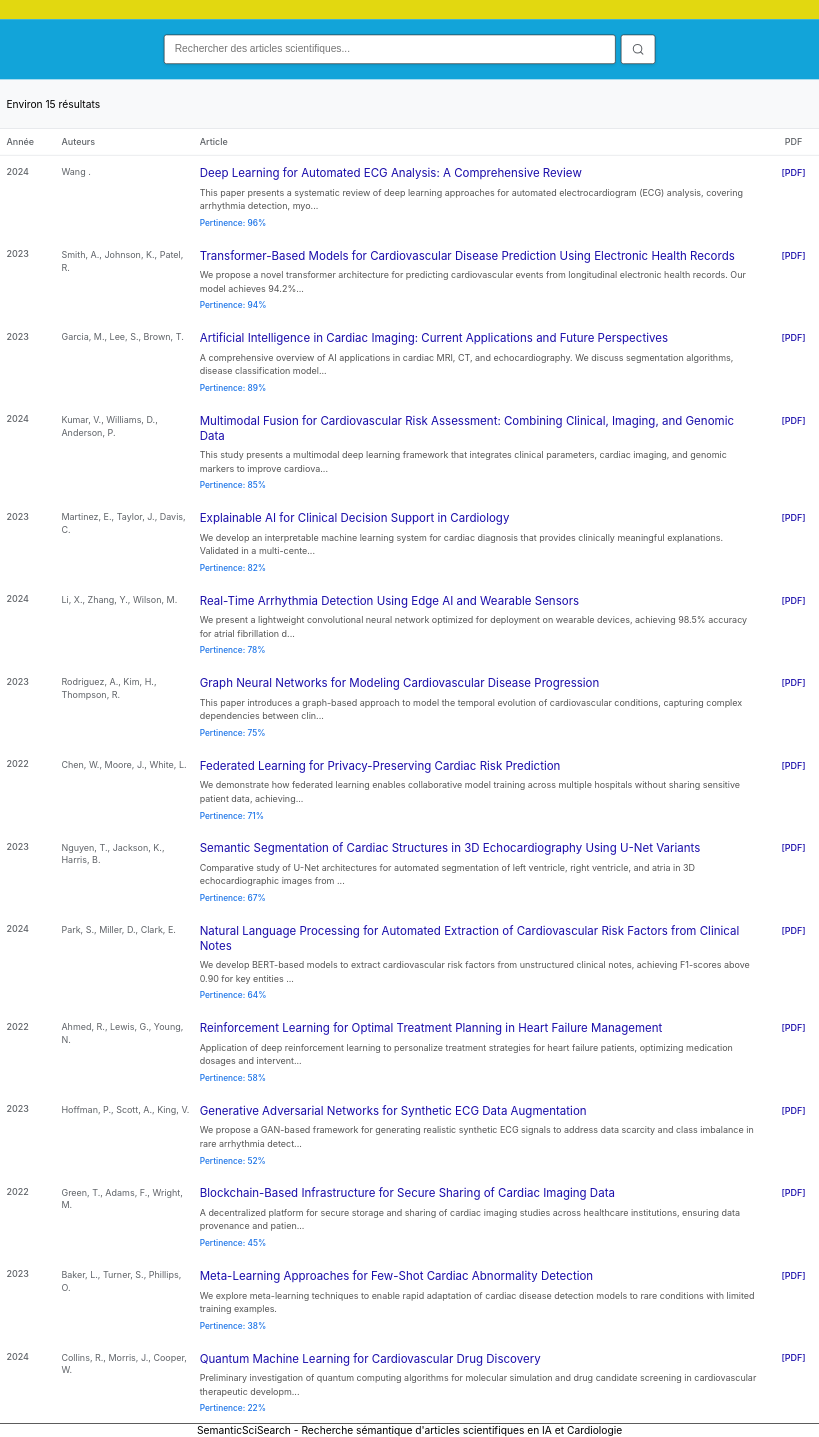
Repository: elh33/SemanticSciSearch
Page: / (app in frontend/)
An editor plug-in stored every save of this project. The page is shown before and after the next save, followed by the edit.
The browser window is 1280 px wide. The pictures show the whole page, at 64% of full size.
The project was rebuilt for these pictures with package versions that can differ from the ones it lists, and the page was loaded fresh each time.

Above is the page before, as saved 2025-11-22 00:59:04.

### frontend/index.html
<!DOCTYPE html>
<html lang="en">
  <head>
    <meta charset="UTF-8" />
    <meta name="viewport" content="width=device-width, initial-scale=1.0" />
    <title>SemanticSciSearch</title>
  </head>
  <body>
    <div id="root"></div>
    <script type="module" src="/src/index.tsx"></script>
  </body>
</html>

### frontend/src/index.tsx
import React from 'react';
import ReactDOM from 'react-dom';
import App from './App';
import './index.css';

ReactDOM.render(
  <React.StrictMode>
    <App />
  </React.StrictMode>,
  document.getElementById('root')
);

### frontend/src/App.tsx
import React from 'react';
// Importe le composant de recherche principal
import SearchResults from './components/SearchResults';

// Le composant App.tsx est le conteneur principal de l'application.
function App() {
  return (
    // Utilisation d'un fragment React (<>...</>) ou d'un <div> si tu as des styles globaux
    <>
      {/* Le composant SearchResults contient maintenant :
        - Le titre et le sous-titre de l'application.
        - La barre de recherche.
        - L'orchestration de la logique (appels à api.ts).
        - L'affichage de la liste des ArticleCard.
      */}
      <SearchResults />
    </>
  );
}

export default App;

### frontend/src/components/SearchResults.tsx
import React, { useState, useEffect } from 'react';
import { Article } from '../types';
import { searchArticles } from '../services/api';
import ArticleCard from './ArticleCard';

const SearchResults: React.FC = () => {
  const [query, setQuery] = useState('');
  const [searchedQuery, setSearchedQuery] = useState('');
  const [results, setResults] = useState<Article[]>([]);
  const [isLoading, setIsLoading] = useState(false);
  const [hasSearched, setHasSearched] = useState(false);

  const handleSearch = async (searchQuery: string = query) => {
    setIsLoading(true);
    setHasSearched(true);
    setSearchedQuery(searchQuery);

    try {
      const data = await searchArticles(searchQuery);
      const sortedData = [...data].sort((a, b) => b.score - a.score);
      setResults(sortedData);
    } catch (error) {
      console.error("Erreur lors de la recherche:", error);
      setResults([]);
    } finally {
      setIsLoading(false);
    }
  };

  useEffect(() => {
    handleSearch('');
  }, []);

  const handleSubmit = (e: React.FormEvent) => {
    e.preventDefault();
    handleSearch();
  };

  return (
    <div className="min-h-screen bg-white">
      {/* BARRE JAUNE EN HAUT */}
      <div style={{ backgroundColor: '#e2d810', height: '30px' }} className="w-full"></div>

      {/* En-tête avec fond bleu - CENTRAGE SIMPLE */}
      <div style={{ backgroundColor: '#12a4d9' }} className="w-full sticky top-0 z-10 shadow-lg">
        <div style={{ display: 'flex', justifyContent: 'center', alignItems: 'center', padding: '24px 16px' }}>
          <form onSubmit={handleSubmit} style={{ display: 'flex', gap: '8px', width: '100%', maxWidth: '768px' }}>
            <input
              type="text"
              value={query}
              onChange={(e) => setQuery(e.target.value)}
              placeholder="Rechercher des articles scientifiques..."
              style={{
                flex: 1,
                padding: '12px 16px',
                fontSize: '16px',
                backgroundColor: 'white',
                borderRadius: '4px',
                boxShadow: '0 2px 5px rgba(0,0,0,0.1)',
                border: '1px solid #322e2f',
                outline: 'none'
              }}
            />

            <button
              type="submit"
              style={{
                padding: '12px 16px',
                backgroundColor: 'white',
                border: '1px solid #322e2f',
                borderRadius: '4px',
                cursor: 'pointer',
                boxShadow: '0 2px 5px rgba(0,0,0,0.1)',
                display: 'flex',
                alignItems: 'center',
                justifyContent: 'center'
              }}
              onMouseEnter={(e) => e.currentTarget.style.backgroundColor = '#f8f9fa'}
              onMouseLeave={(e) => e.currentTarget.style.backgroundColor = 'white'}
            >
              <svg
                width="20"
                height="20"
                viewBox="0 0 24 24"
                fill="none"
                stroke="#5f6368"
                strokeWidth="2"
                strokeLinecap="round"
                strokeLinejoin="round"
              >
                <circle cx="11" cy="11" r="8"></circle>
                <path d="m21 21-4.35-4.35"></path>
              </svg>
            </button>
          </form>
        </div>
      </div>

      {/* BARRE DE SÉPARATION avec nombre de résultats */}
      {hasSearched && !isLoading && (
        <div style={{
          borderBottom: '1px solid #dfe1e5',
          backgroundColor: '#f8f9fa',
          padding: '12px 0'
        }}>
          <div className="max-w-5xl mx-auto px-4" style={{ paddingLeft: '10px' }}>
            <p className="text-sm text-gray-600">
              Environ {results.length} résultat{results.length > 1 ? 's' : ''}
              {searchedQuery && ` pour "${searchedQuery}"`}
            </p>
          </div>
        </div>
      )}

      {/* Contenu principal */}
      <div className="max-w-5xl mx-auto px-4 py-6">
        {isLoading && (
          <div className="flex items-center justify-center py-12">
            <div className="flex flex-col items-center gap-3">
              <div className="animate-spin rounded-full h-8 w-8 border-b-2 border-blue-600"></div>
              <p className="text-gray-600">Recherche en cours...</p>
            </div>
          </div>
        )}

        {!isLoading && (
          <div className="bg-white">
            {results.length > 0 ? (
              <div>
                {/* En-tête du tableau */}
                <div style={{
                  display: 'grid',
                  gridTemplateColumns: '80px 200px 1fr 80px',
                  gap: '16px',
                  padding: '12px 0',
                  borderBottom: '1px solid #dfe1e5',
                  fontWeight: '500',
                  fontSize: '14px',
                  color: '#5f6368'
                }}>
                  <div style={{ paddingLeft: '10px' }}>Année</div>                  <div>Auteurs</div>
                  <div>Article</div>
                  <div style={{ textAlign: 'center' }}>PDF</div>
                </div>

                {/* Articles */}
                {results.map((article) => (
                  <ArticleCard key={article.id} article={article} />
                ))}
              </div>
            ) : (
              hasSearched && (
                <div className="text-center py-12">
                  <p className="text-gray-600 text-lg">
                    Aucun résultat trouvé{searchedQuery && ` pour "${searchedQuery}"`}
                  </p>
                  <p className="text-gray-500 text-sm mt-2">
                    Essayez avec d'autres mots-clés
                  </p>
                </div>
              )
            )}
          </div>
        )}
      </div>

      {/* Footer */}
      <footer className="mt-12 border-t border-gray-200 bg-gray-50">
        <div className="max-w-5xl mx-auto px-4 py-6 text-center text-sm text-gray-500">
          SemanticSciSearch - Recherche sémantique d'articles scientifiques en IA et Cardiologie
        </div>
      </footer>
    </div>
  );
};

export default SearchResults;

### frontend/src/services/api.ts
import { Article } from '../types';
import { MOCK_RESULTS } from '../data/mockData';
import axios from 'axios';

// 💡 INTERRUPTEUR : Passez à 'false' (ou commentez/supprimez) cette ligne
// UNIQUEMENT lorsque le Back-End FastAPI est prêt.
const USE_MOCK_DATA = true;

// URL de base lue depuis le .env pour le mode production
// Le .env doit contenir VITE_API_URL=http://localhost:8000
const API_BASE_URL = 'http://localhost:8000';

/**
 * Fonction principale de recherche d'articles.
 * Elle utilise soit les données mockées, soit l'API réelle.
 * @param query Le texte de la requête de l'utilisateur.
 * @returns Une promesse qui résout vers un tableau d'articles.
 */
export const searchArticles = async (query: string): Promise<Article[]> => {
  if (USE_MOCK_DATA) {
    // --- MODE MOCKÉ ---
    console.log(`[MOCK] Simulation de recherche pour: "${query}"`);

    // 1. Simuler le délai réseau (500ms) pour une meilleure expérience utilisateur
    await new Promise(resolve => setTimeout(resolve, 500));

    // 2. Simuler un filtre simple (recherche du mot-clé dans le titre)
    // S'il n'y a pas de requête (query vide), on renvoie tout.
    const lowerCaseQuery = query.toLowerCase();

    return MOCK_RESULTS.filter(article =>
        article.title.toLowerCase().includes(lowerCaseQuery) || lowerCaseQuery.length === 0
    );

  } else {
    // --- MODE PRODUCTION (Axios) ---
    console.log(`[AXIOS] Requête réelle vers: ${API_BASE_URL}/search pour: "${query}"`);

    try {
      // 1. Envoi de la requête POST à FastAPI
      const response = await axios.post(`${API_BASE_URL}/search`, { query });

      // 2. Retourne les données (TypeScript vérifie que c'est un tableau d'Articles)
      return response.data as Article[];

    } catch (error) {
      console.error("Erreur lors de l'appel à l'API de recherche:", error);
      // En cas d'échec de l'API, on renvoie un tableau vide
      return [];
    }
  }
};

### frontend/src/components/ArticleCard.tsx
import React from 'react';
import { Article } from '../types';

interface ArticleCardProps {
  article: Article;
}

const ArticleCard: React.FC<ArticleCardProps> = ({ article }) => {
  const scorePercent = (article.score * 100).toFixed(0);

  // Tronquer l'abstract aux 2 premières lignes (environ 150 caractères)
  const truncatedAbstract = article.abstract.length > 150
    ? article.abstract.substring(0, 150) + '...'
    : article.abstract;

  return (
    <div style={{
      display: 'grid',
      gridTemplateColumns: '80px 200px 1fr 80px',
      gap: '16px',
      padding: '16px 0',
      alignItems: 'start'
    }}>
      {/* Colonne 1: Année - avec padding-left */}
      <div style={{
        fontSize: '14px',
        color: '#5f6368',
        fontWeight: '500',
        paddingLeft: '10px'
      }}>
        {article.year}
      </div>

      {/* Colonne 2: Auteurs */}
      <div style={{
        fontSize: '14px',
        color: '#5f6368',
        lineHeight: '1.4'
      }}>
        {article.authors}
      </div>

      {/* Colonne 3: Article (Titre + Abstract + Pertinence) */}
      <div>
        {/* Titre cliquable en bleu */}
        <h3 style={{ margin: '0 0 8px 0' }}>
          <a
            href={article.url}
            target="_blank"
            rel="noopener noreferrer"
            style={{
              color: '#1a0dab',
              fontSize: '18px',
              textDecoration: 'none',
              fontWeight: '400'
            }}
            onMouseEnter={(e) => e.currentTarget.style.textDecoration = 'underline'}
            onMouseLeave={(e) => e.currentTarget.style.textDecoration = 'none'}
          >
            {article.title}
          </a>
        </h3>

        {/* Abstract tronqué */}
        <p style={{
          margin: '0 0 8px 0',
          fontSize: '14px',
          color: '#545454',
          lineHeight: '1.5'
        }}>
          {truncatedAbstract}
        </p>

        {/* Pertinence en bleu */}
        <div style={{
          fontSize: '13px',
          color: '#1a73e8',
          fontWeight: '500'
        }}>
          Pertinence: {scorePercent}%
        </div>
      </div>

      {/* Colonne 4: Lien PDF */}
      <div style={{ textAlign: 'center' }}>
        <a
          href={article.url}
          target="_blank"
          rel="noopener noreferrer"
          style={{
            color: '#1a0dab',
            fontSize: '14px',
            textDecoration: 'none',
            fontWeight: '500'
          }}
          onMouseEnter={(e) => e.currentTarget.style.textDecoration = 'underline'}
          onMouseLeave={(e) => e.currentTarget.style.textDecoration = 'none'}
        >
          [PDF]
        </a>
      </div>
    </div>
  );
};

export default ArticleCard;

### frontend/src/data/mockData.ts
import { Article } from '../types';

export const MOCK_RESULTS: Article[] = [
  {
    id: '1',
    title: 'Deep Learning for Automated ECG Analysis: A Comprehensive Review',
    abstract: "This paper presents a systematic review of deep learning approaches for automated electrocardiogram (ECG) analysis, covering arrhythmia detection, myocardial infarction diagnosis, and heart rate variability assessment. We analyze over 150 studies published between 2015 and 2024.",
    authors: "Wang .",
    year: 2024,
    score: 0.96,
    url: 'https://arxiv.org/pdf/2301.04634'
  },
  {
    id: '2',
    title: 'Transformer-Based Models for Cardiovascular Disease Prediction Using Electronic Health Records',
    abstract: "We propose a novel transformer architecture for predicting cardiovascular events from longitudinal electronic health records. Our model achieves 94.2% AUC on a dataset of 500,000 patients.",
    authors: "Smith, A., Johnson, K., Patel, R.",
    year: 2023,
    score: 0.94,
    url: 'https://arxiv.org/pdf/2305.12987'
  },
  {
    id: '3',
    title: 'Artificial Intelligence in Cardiac Imaging: Current Applications and Future Perspectives',
    abstract: "A comprehensive overview of AI applications in cardiac MRI, CT, and echocardiography. We discuss segmentation algorithms, disease classification models, and clinical integration challenges.",
    authors: "Garcia, M., Lee, S., Brown, T.",
    year: 2023,
    score: 0.89,
    url: 'https://arxiv.org/pdf/2203.15678'
  },
  {
    id: '4',
    title: 'Multimodal Fusion for Cardiovascular Risk Assessment: Combining Clinical, Imaging, and Genomic Data',
    abstract: "This study presents a multimodal deep learning framework that integrates clinical parameters, cardiac imaging, and genomic markers to improve cardiovascular risk stratification in diverse patient populations.",
    authors: "Kumar, V., Williams, D., Anderson, P.",
    year: 2024,
    score: 0.85,
    url: '/documents/multimodal-cardio-risk.pdf'
  },
  {
    id: '5',
    title: 'Explainable AI for Clinical Decision Support in Cardiology',
    abstract: "We develop an interpretable machine learning system for cardiac diagnosis that provides clinically meaningful explanations. Validated in a multi-center trial with 12 hospitals.",
    authors: "Martinez, E., Taylor, J., Davis, C.",
    year: 2023,
    score: 0.82,
    url: 'https://arxiv.org/pdf/2511.13703.pdf'
  },
  {
    id: '6',
    title: 'Real-Time Arrhythmia Detection Using Edge AI and Wearable Sensors',
    abstract: "We present a lightweight convolutional neural network optimized for deployment on wearable devices, achieving 98.5% accuracy for atrial fibrillation detection with <100ms latency.",
    authors: "Li, X., Zhang, Y., Wilson, M.",
    year: 2024,
    score: 0.78,
    url: '/documents/edge-ai-arrhythmia.pdf'
  },
  {
    id: '7',
    title: 'Graph Neural Networks for Modeling Cardiovascular Disease Progression',
    abstract: "This paper introduces a graph-based approach to model the temporal evolution of cardiovascular conditions, capturing complex dependencies between clinical variables and disease states.",
    authors: "Rodriguez, A., Kim, H., Thompson, R.",
    year: 2023,
    score: 0.75,
    url: 'https://arxiv.org/pdf/2204.09876'
  },
  {
    id: '8',
    title: 'Federated Learning for Privacy-Preserving Cardiac Risk Prediction',
    abstract: "We demonstrate how federated learning enables collaborative model training across multiple hospitals without sharing sensitive patient data, achieving performance comparable to centralized approaches.",
    authors: "Chen, W., Moore, J., White, L.",
    year: 2022,
    score: 0.71,
    url: '/documents/federated-cardiac.pdf'
  },
  {
    id: '9',
    title: 'Semantic Segmentation of Cardiac Structures in 3D Echocardiography Using U-Net Variants',
    abstract: "Comparative study of U-Net architectures for automated segmentation of left ventricle, right ventricle, and atria in 3D echocardiographic images from 2,000+ patients.",
    authors: "Nguyen, T., Jackson, K., Harris, B.",
    year: 2023,
    score: 0.67,
    url: '/documents/3d-echo-segmentation.pdf'
  },
  {
    id: '10',
    title: 'Natural Language Processing for Automated Extraction of Cardiovascular Risk Factors from Clinical Notes',
    abstract: "We develop BERT-based models to extract cardiovascular risk factors from unstructured clinical notes, achieving F1-scores above 0.90 for key entities like hypertension, diabetes, and smoking status.",
    authors: "Park, S., Miller, D., Clark, E.",
    year: 2024,
    score: 0.64,
    url: 'https://arxiv.org/pdf/2302.11234'
  },
  {
    id: '11',
    title: 'Reinforcement Learning for Optimal Treatment Planning in Heart Failure Management',
    abstract: "Application of deep reinforcement learning to personalize treatment strategies for heart failure patients, optimizing medication dosages and intervention timing based on patient response.",
    authors: "Ahmed, R., Lewis, G., Young, N.",
    year: 2022,
    score: 0.58,
    url: '/documents/rl-heart-failure.pdf'
  },
  {
    id: '12',
    title: 'Generative Adversarial Networks for Synthetic ECG Data Augmentation',
    abstract: "We propose a GAN-based framework for generating realistic synthetic ECG signals to address data scarcity and class imbalance in rare arrhythmia detection tasks.",
    authors: "Hoffman, P., Scott, A., King, V.",
    year: 2023,
    score: 0.52,
    url: '/documents/gan-ecg-augmentation.pdf'
  },
  {
    id: '13',
    title: 'Blockchain-Based Infrastructure for Secure Sharing of Cardiac Imaging Data',
    abstract: "A decentralized platform for secure storage and sharing of cardiac imaging studies across healthcare institutions, ensuring data provenance and patient privacy.",
    authors: "Green, T., Adams, F., Wright, M.",
    year: 2022,
    score: 0.45,
    url: '/documents/blockchain-cardiac-imaging.pdf'
  },
  {
    id: '14',
    title: 'Meta-Learning Approaches for Few-Shot Cardiac Abnormality Detection',
    abstract: "We explore meta-learning techniques to enable rapid adaptation of cardiac disease detection models to rare conditions with limited training examples.",
    authors: "Baker, L., Turner, S., Phillips, O.",
    year: 2023,
    score: 0.38,
    url: '/documents/meta-learning-cardiac.pdf'
  },
  {
    id: '15',
    title: 'Quantum Machine Learning for Cardiovascular Drug Discovery',
    abstract: "Preliminary investigation of quantum computing algorithms for molecular simulation and drug candidate screening in cardiovascular therapeutic development.",
    authors: "Collins, R., Morris, J., Cooper, W.",
    year: 2024,
    score: 0.22,
    url: '/documents/quantum-ml-cardio.pdf'
  }
];

Loaded but not shown: frontend/src/index.css (common file)

After the next save:
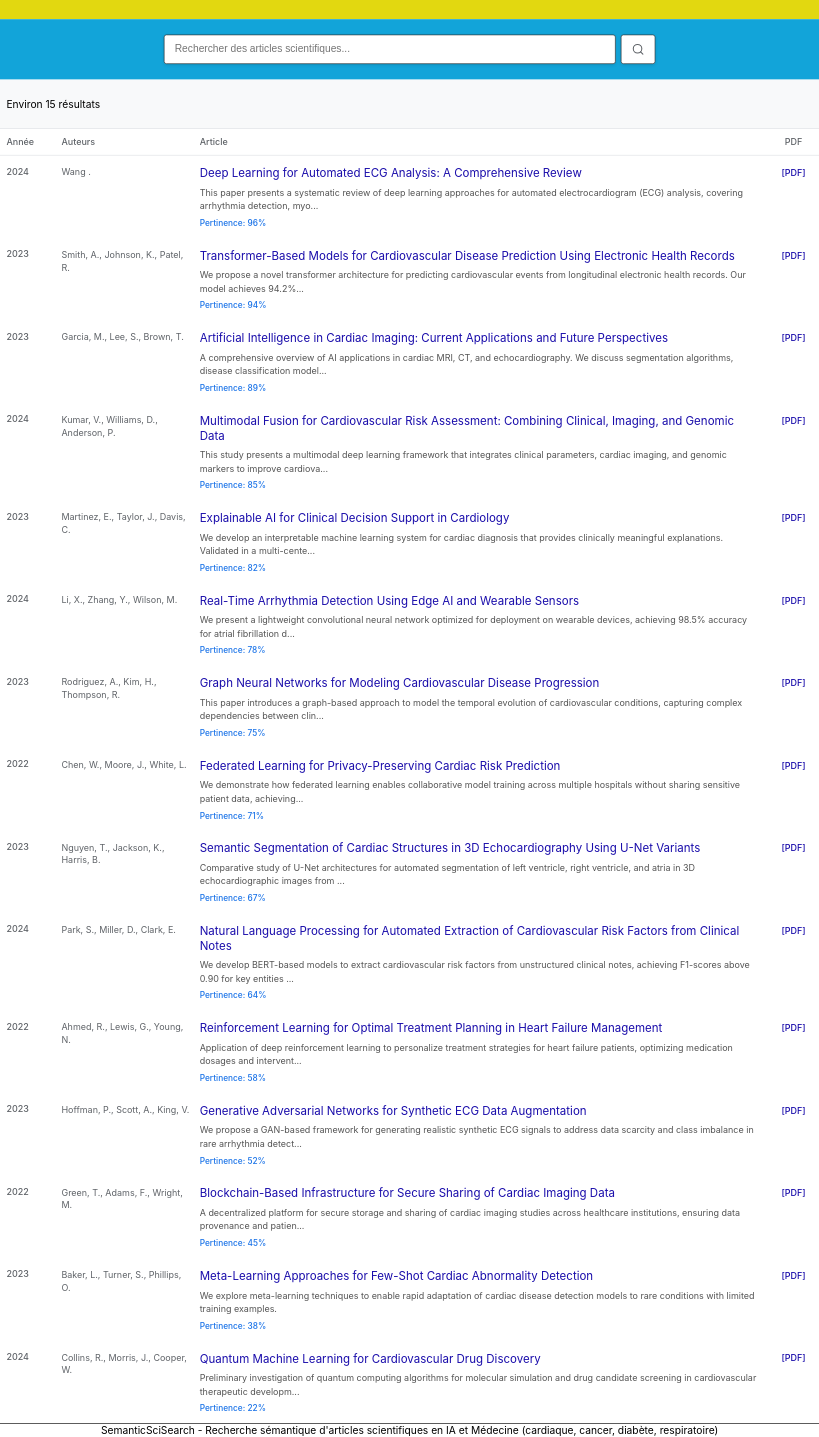
Saved 3 min 26 s later.
--- a/frontend/src/components/SearchResults.tsx
+++ b/frontend/src/components/SearchResults.tsx
@@ -167,7 +167,7 @@ const SearchResults: React.FC = () => {
       {/* Footer */}
       <footer className="mt-12 border-t border-gray-200 bg-gray-50">
         <div className="max-w-5xl mx-auto px-4 py-6 text-center text-sm text-gray-500">
-          SemanticSciSearch - Recherche sémantique d'articles scientifiques en IA et Cardiologie
+          SemanticSciSearch - Recherche sémantique d'articles scientifiques en IA et Médecine (cardiaque, cancer, diabète, respiratoire)
         </div>
       </footer>
     </div>
